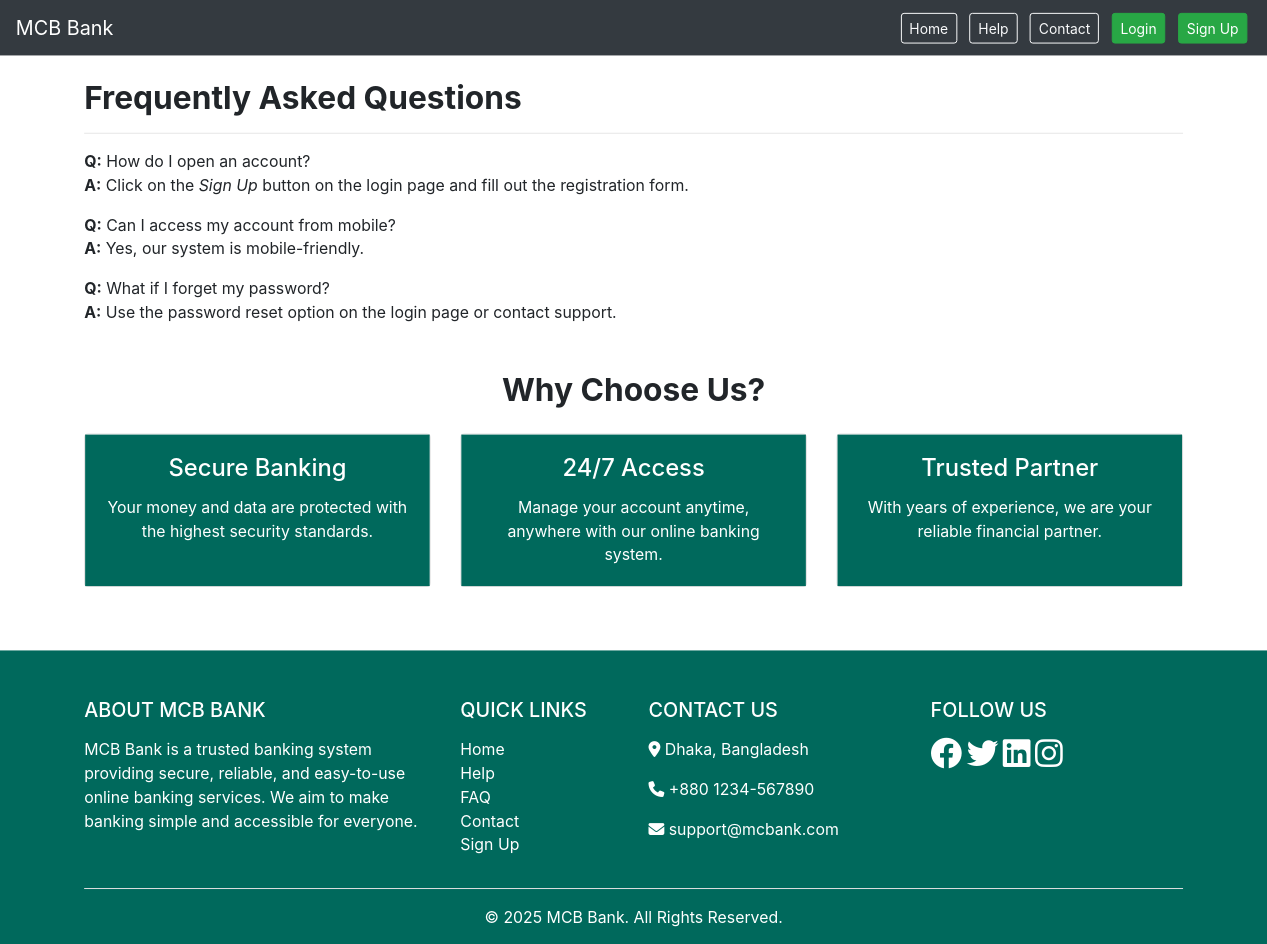
Repository: mhbshimla/my-bank
Page: http://localhost/faq.php
The author's editor kept a copy of each file at every save. The page is drawn from the files as they stood at one save, then again after the next save.
The browser window is 1280 px wide. The pictures show the whole page, at 99% of full size.
The page is run by PHP 8.4 with error messages shown; the project is at /var/www/html/.

Above is the page before, as saved 2025-10-06 23:38:46.

After the next save:
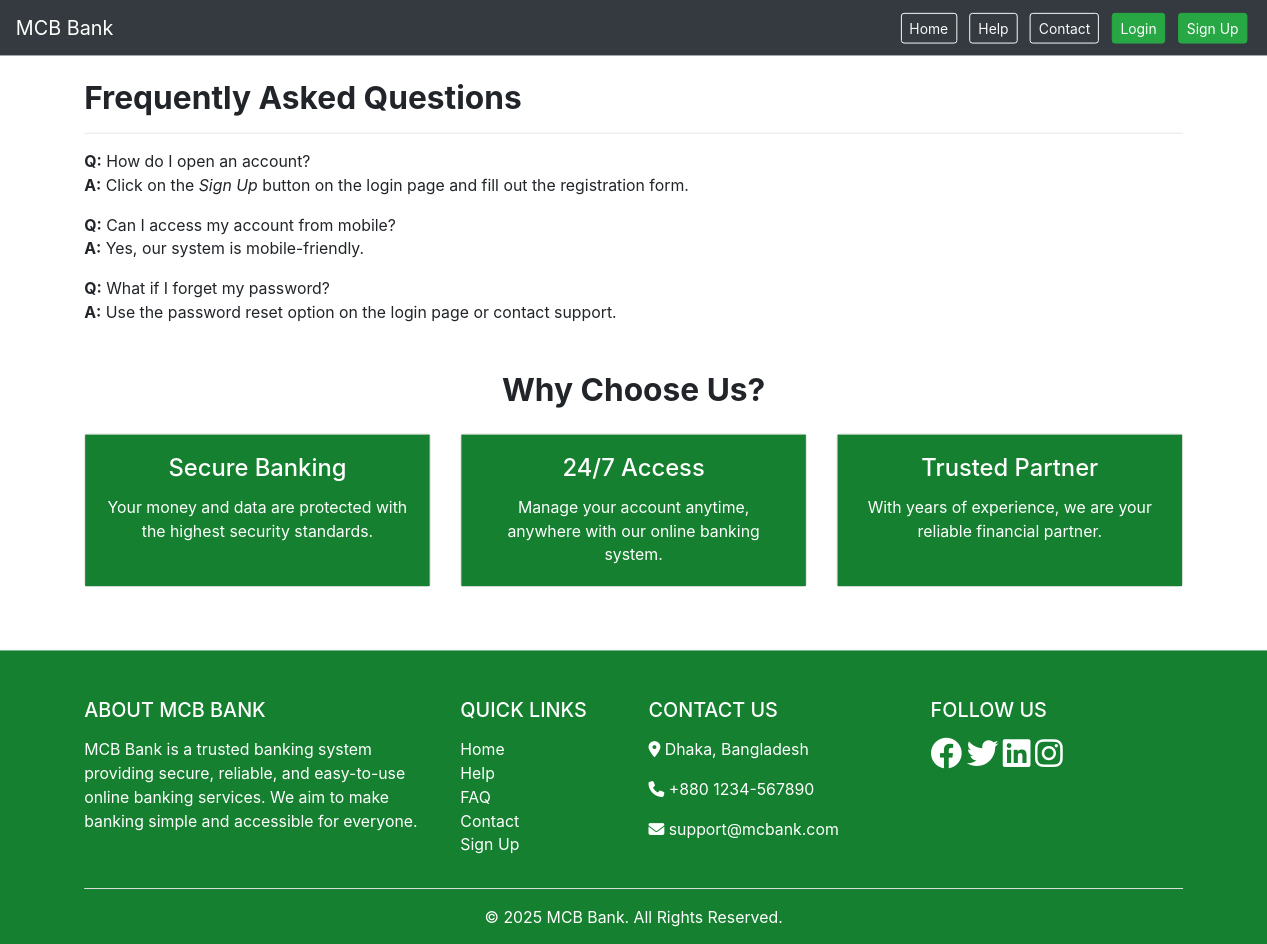
Saved 5 days later.
--- a/faq.php
+++ b/faq.php
@@ -5,7 +5,7 @@
   <?php require 'assets/autoloader.php'; ?>
   <style>
   .card-dark-green {
-    background-color: #00695c;  /* Dark Green */
+    background-color: #15802fff;  /* Dark Green */
     color: white;               /* White text for contrast */
   }
 </style>
@@ -72,7 +72,7 @@
 <!-- <footer class="bg-dark text-white text-center py-3">
   &copy; <?php echo date("Y"); ?> MCB Bank. All Rights Reserved.
 </footer> -->
-<footer style="background-color: #00695c;" class="text-white pt-5 pb-3 mt-5">
+<footer style="background-color: #15802fff;" class="text-white pt-5 pb-3 mt-5">
   <div class="container">
     <div class="row">
       <!-- About Section -->
